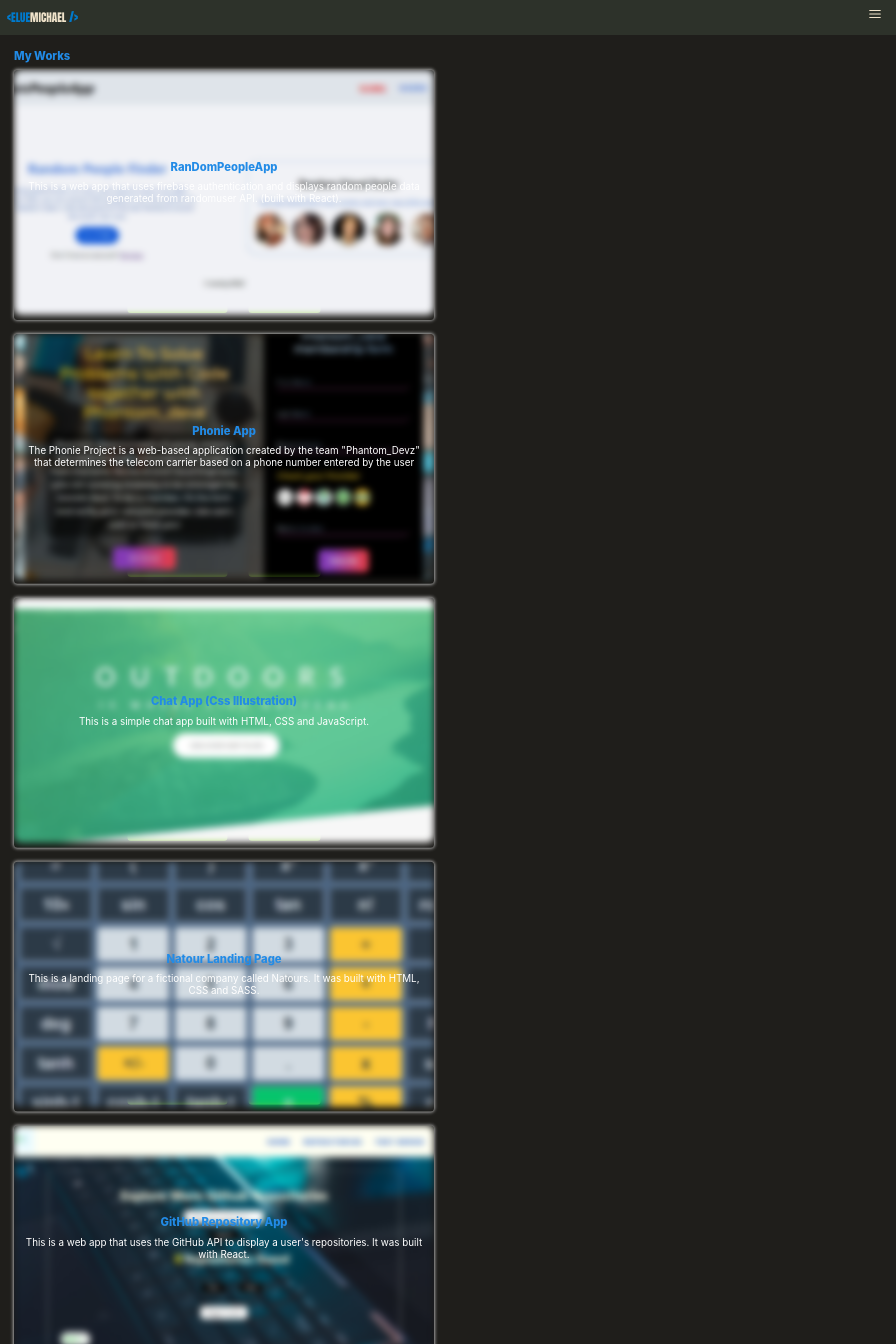
Repository: MikkyPrestige/portfolio
Page: /projects
These files come from the project's save history. The page is drawn as it stood at one moment and after the next save; the edit follows.
The browser window is 1280 px wide. The pictures show the part of the page from y = 0 to 1920 px (the page is 5001 px tall), at 70% of full size.
The project was rebuilt for these pictures with package versions that can differ from the ones it lists, and the page was loaded fresh each time. Also part of the build but not shown: src/components/avatar.jsx, src/components/home.jsx, src/components/about.jsx, src/components/fallback.jsx.

Above is the page before, as saved 2023-02-21 17:33:01.

After the next save:
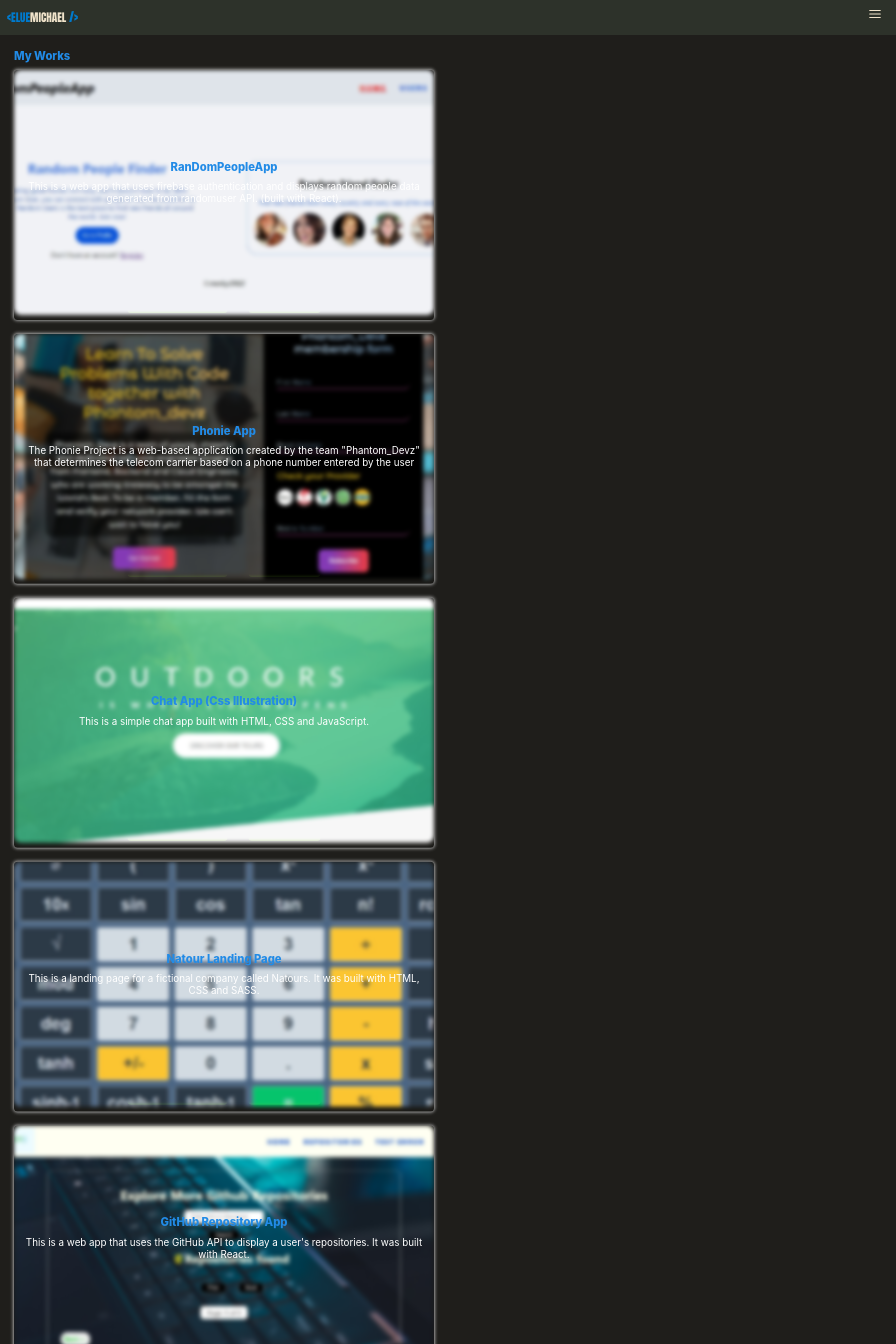
Saved 50 s later.
--- a/src/assets/styles/sass/pages/_projects.scss
+++ b/src/assets/styles/sass/pages/_projects.scss
@@ -48,9 +48,8 @@
       background-size: cover;
       background-position: center;
       background-repeat: no-repeat;
-      filter: blur(0.5rem);
-      // z-index: 1;
-
+      filter: blur(0.3rem);
+      //z-index: 1;
       &-1 {
         background-image: url(../../../images/randomApp.jpeg);
       }
